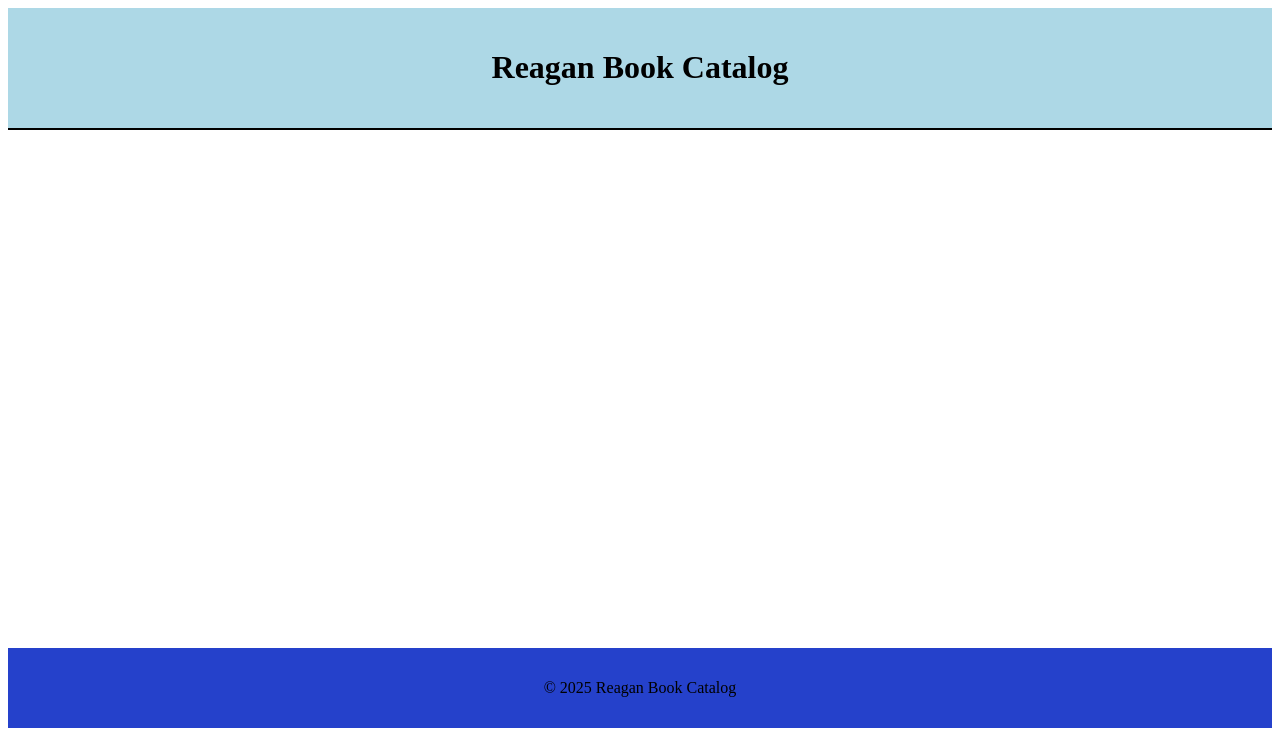
Repository: antyc0817/COMP-3170-Assignment-2-Reagan
Page: /
The author's editor kept a copy of each file at every save. The page is drawn from the files as they stood at one save, then again after the next save.
The browser window is 1280 px wide. The pictures show the whole page.
The project was rebuilt for these pictures with package versions that can differ from the ones it lists, and the page was loaded fresh each time. Also part of the build but not shown: vite.config.js, src/index.css.

Above is the page before, as saved 2025-09-09 17:25:22.

### index.html
<!DOCTYPE html>
<html lang="en">
    <head>
        <meta charset="UTF-8" />
        <meta
            name="viewport"
            content="width=device-width, initial-scale=1.0" />
        <title>Reagan's Book Catalog</title>
    </head>
    <body>
        <div id="root"></div>
        <script
            type="module"
            src="/src/main.jsx"></script>
    </body>
</html>

### src/App.jsx
import "./App.css";

function App() {
    return (
        <div id='app-container'>
            <header>
                <h1>Reagan Book Catalog</h1>
            </header>

            <footer>
                <p>© 2025 Reagan Book Catalog</p>
            </footer>
        </div>
    );
}

export default App;

### src/App.css
#app-container {
    display: flex;
    flex-direction: column;
    min-height: 100vh;
}
header {
    text-align: center;
    background-color: lightblue;
    padding: 20px;
    border-bottom: 2px solid #000;
}

footer {
    text-align: center;
    padding: 15px;
    background-color: #2541cb;
    margin-top: auto;
}

Loaded but not shown: src/main.jsx (common file)

After the next save:
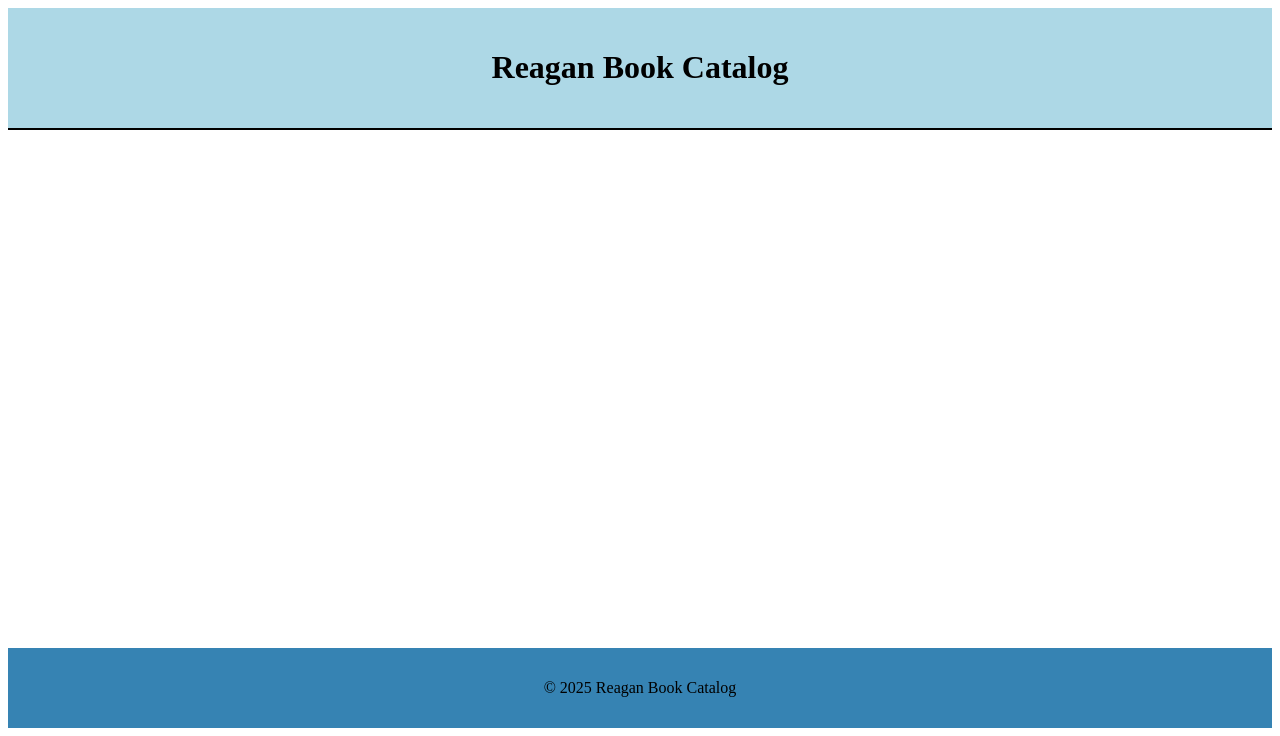
Saved 11 s later.
--- a/src/App.css
+++ b/src/App.css
@@ -13,6 +13,6 @@ header {
 footer {
     text-align: center;
     padding: 15px;
-    background-color: #2541cb;
+    background-color: #3683b3;
     margin-top: auto;
 }
